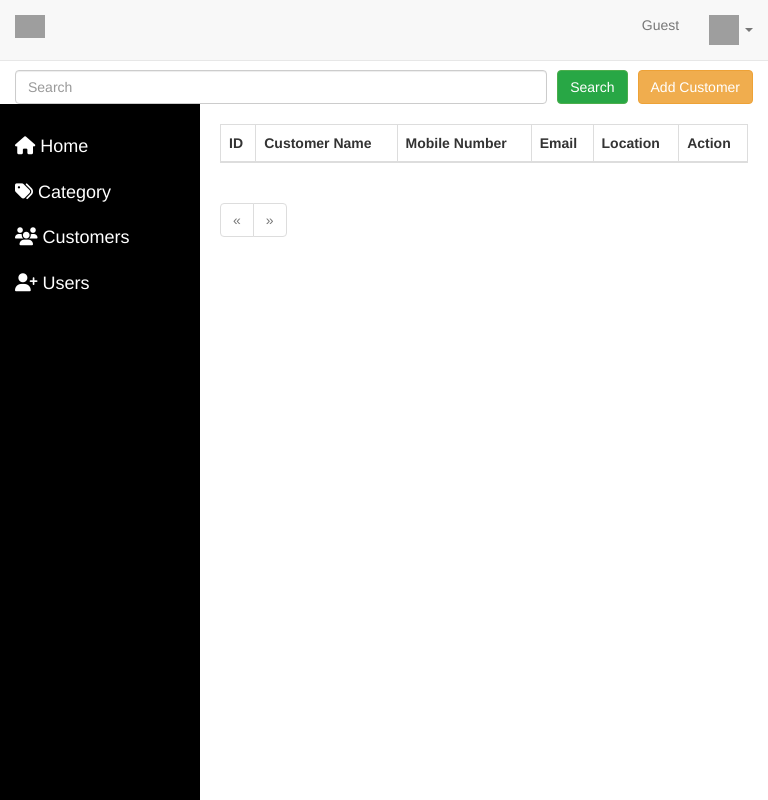
Repository: Nireshkumar24/CRM
Page: http://localhost/adduser
An editor plug-in stored every save of this project. The page is shown before and after the next save, followed by the edit.
The browser window is 768 px wide. The pictures show the whole page.
Pictures or frames that could not be fetched are drawn as grey boxes. The page is served by the project's application, run on Flask 3 (app.py). Queries for data that is not in the repository find no rows.

Above is the page before, as saved 2024-05-23 11:40:08.
Console error: ReferenceError: $ is not defined

After the next save:
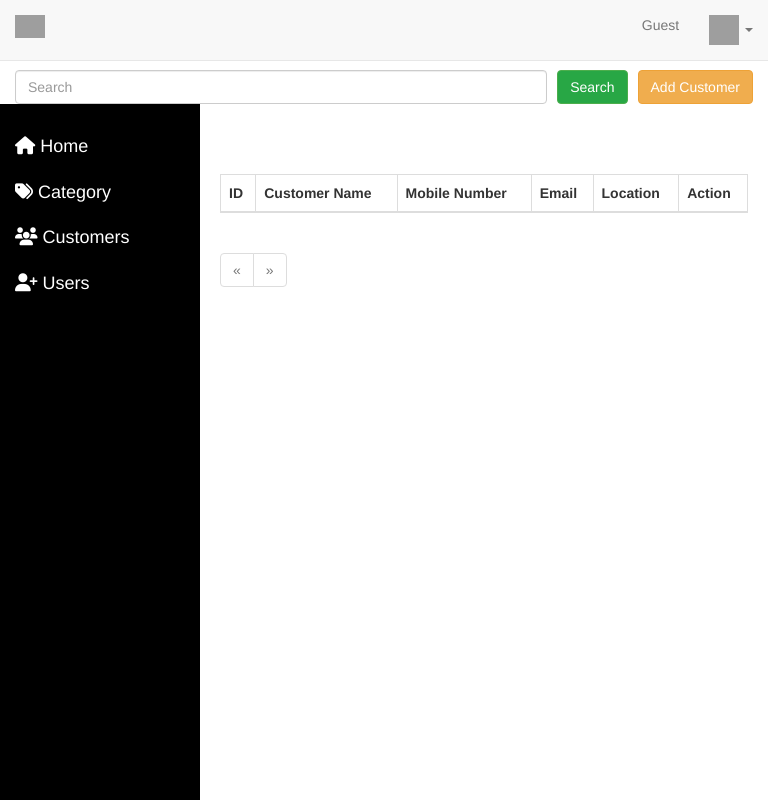
Saved 30 s later.
--- a/templates/adduser.html
+++ b/templates/adduser.html
@@ -92,12 +92,12 @@
                 height: auto;
             }
 
-
             @media (max-width: 768px) {
                 .form-inline.text-right {
                     display: flex;
                     align-items: center;
-                    justify-content: flex-end;
+                    justify-content: center;
+                    /* Center the form on small screens */
                 }
 
                 .form-inline.text-right .form-control {
@@ -107,8 +107,12 @@
                 .form-inline.text-right .btn {
                     margin-left: 10px;
                 }
-            }
-
+
+                .content {
+                    padding-top: 70px;
+                    /* Adjust padding to avoid overlap with navbar */
+                }
+            }
 
             .btn-success {
                 background-color: #28a745;
